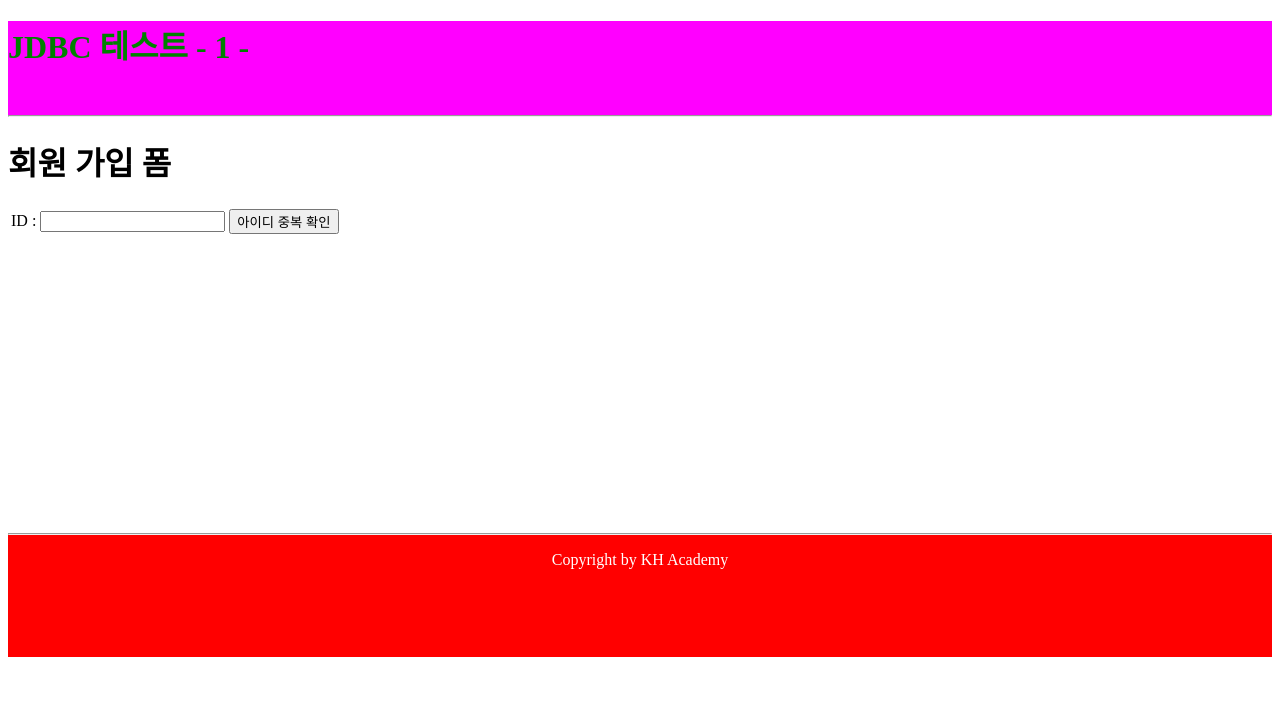
Repository: steeveelee2/WEB_Study
Page: http://localhost/JDBC1Project/views/member/memberJoin.jsp
The author's editor kept a copy of each file at every save. The page is drawn from the files as they stood at one save, then again after the next save.
The browser window is 1280 px wide. The pictures show the whole page.
The page is served by Tomcat 9.

Above is the page before, as saved 2018-10-16 04:53:55.

After the next save:
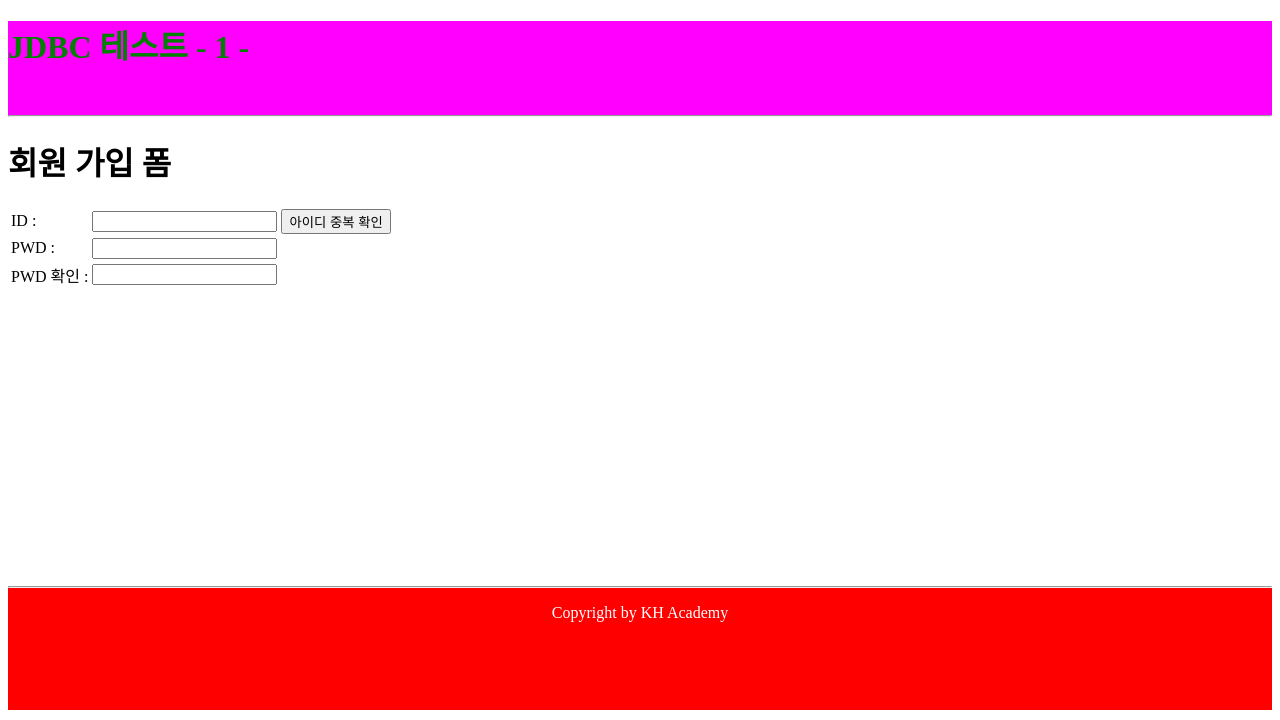
Saved 78 s later.
--- a/webWorkspace/JDBC1Project/web/views/member/memberJoin.jsp
+++ b/webWorkspace/JDBC1Project/web/views/member/memberJoin.jsp
@@ -20,6 +20,16 @@
 				<td><input type="text" name="userId"/></td>
 				<td><button type="button" id="dupBtn">아이디 중복 확인</button></td>
 			</tr>
+			<tr>
+				<td>PWD : </td>
+				<td><input type="password" name="userPwd" id="userPwd"/></td>
+				<td></td>
+			</tr>
+			<tr>
+				<td>PWD 확인 : </td>
+				<td><input type="password" name="userPwd2" id="userPwd2"/></td>
+				<td></td>
+			</tr>
 
 		</table>
 
